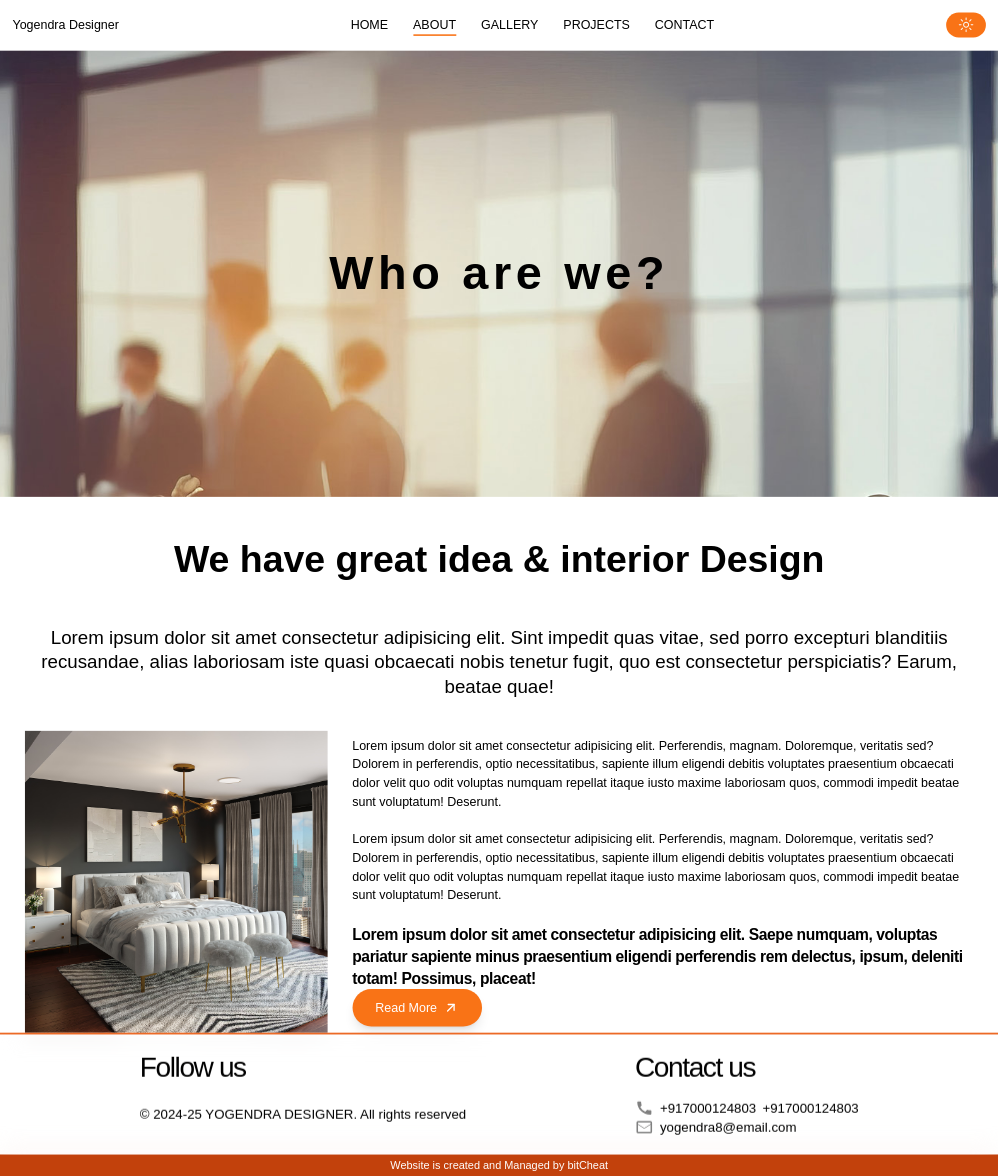
Repository: hitoutvrma/MB_designs-Interior-Designing-website
Page: /about
These files come from the project's save history. The page is drawn as it stood at one moment and after the next save; the edit follows.
The browser window is 1280 px wide. The pictures show the whole page, at 78% of full size.
The project was rebuilt for these pictures with package versions that can differ from the ones it lists, and the page was loaded fresh each time. The framework's server and built-in components were replaced by stand-ins that run in the browser. Also part of the build but not shown: next.config.mjs.

Above is the page before, as saved 2024-09-16 20:50:28.

### app/layout.js
import localFont from "next/font/local";
import { Sen } from "next/font/google";
import "./globals.css";
import Header from "@/components/ui/Header";
import Footer from "@/components/ui/Footer";
import { ThemeProvider } from "@/components/ThemeProvider";

const josef = Sen({
  subsets:["latin"],
  weight:["400","500","600","700"],
  display:"swap"
})

// const geistSans = localFont({
//   src: "./fonts/GeistVF.woff",
//   variable: "--font-geist-sans",
//   weight: "100 900",
// });
// const geistMono = localFont({
//   src: "./fonts/GeistMonoVF.woff",
//   variable: "--font-geist-mono",
//   weight: "100 900",
// });

export const metadata = {
  title: "Create Next App",
  description: "Generated by create next app",
};

export default function RootLayout({ children }) {
  return (
    <html lang="en" suppressHydrationWarning>
      <body
        className={`${josef.variable} ${josef.variable} overflow-x-hidden antialiased`}
      >
        <ThemeProvider attribute='class' defaultTheme='light'>

        <Header/>
        {children}
        <Footer/>
        </ThemeProvider>
      </body>
    </html>
  );
}

### app/about/page.jsx
import { Button } from '@/components/ui/button'
import Image from 'next/image'
import React from 'react'
import { TbArrowUpRight } from "react-icons/tb"

const page = () => {
  return (
    <div>
      <div className="bg-[url('/image/whoweare.jpg')] bg-center bg-cover">
        <h1 className='container py-32 text-6xl font-semibold text-black tracking-widest text-center lg:py-64'>Who are we?</h1>
      </div>
      <div className='container'>
        <div className='pt-4'>
          <h2 className='text-3xl font-semibold text-center lg:p-10 lg:text-5xl'>We have great idea & interior Design</h2>
          <p className='text-2xl text-center font-medium pb-10 mt-5'>Lorem ipsum dolor sit amet consectetur adipisicing elit. Sint impedit quas vitae, sed porro excepturi blanditiis recusandae, alias laboriosam iste quasi obcaecati nobis tenetur fugit, quo est consectetur perspiciatis? Earum, beatae quae!</p>
        </div>


      <div className='items-center lg:flex gap-x-8'>
        {/*Left side */}
      <div className='w-full'>
        <Image src="/image/gallery1123.jpg" width={700} height={700}/>
      </div>
      {/*Left side */}
      <div>
      <p>
        Lorem ipsum dolor sit amet consectetur adipisicing elit. Perferendis, magnam. Doloremque, veritatis sed? Dolorem in perferendis, optio necessitatibus, sapiente illum eligendi debitis voluptates praesentium obcaecati dolor velit quo odit voluptas numquam repellat itaque iusto maxime laboriosam quos, commodi impedit beatae sunt voluptatum! Deserunt.<br/><br/>
        Lorem ipsum dolor sit amet consectetur adipisicing elit. Perferendis, magnam. Doloremque, veritatis sed? Dolorem in perferendis, optio necessitatibus, sapiente illum eligendi debitis voluptates praesentium obcaecati dolor velit quo odit voluptas numquam repellat itaque iusto maxime laboriosam quos, commodi impedit beatae sunt voluptatum! Deserunt.<br/><br/>
        <span className='text-xl font-extrabold tracking-tight'>
          Lorem ipsum dolor sit amet consectetur adipisicing elit. Saepe numquam, voluptas pariatur sapiente minus praesentium eligendi perferendis rem delectus, ipsum, deleniti totam! Possimus, placeat!
        </span>
      </p>
      <div className='sm:w-[13vw] w-[36vw]'>

      <Button className="flex w-full items-center px-15 py-6 text-white rounded-full shadow-lg hover:bg-gray-800 hover:ring-2 hover:ring-gray-950 ring-offset-2">Read More<TbArrowUpRight className="w-5 h-5 ml-2"/></Button>

      </div>
      </div>
      </div>
      </div>
    </div>
  )
}

export default page

### app/globals.css
@tailwind base;
@tailwind components;
@tailwind utilities;


body {
  color: var(--foreground);
  background: var(--background);
  font-family: Arial, Helvetica, sans-serif;
}

@layer utilities {
  .text-balance {
    text-wrap: balance;
  }
}


@layer base {
  :root {
    --background: 0 0% 100%;
    --foreground: 20 14.3% 4.1%;
    --card: 0 0% 100%;
    --card-foreground: 20 14.3% 4.1%;
    --popover: 0 0% 100%;
    --popover-foreground: 20 14.3% 4.1%;
    --primary: 24.6 95% 53.1%;
    --primary-foreground: 60 9.1% 97.8%;
    --secondary: 60 4.8% 95.9%;
    --secondary-foreground: 24 9.8% 10%;
    --muted: 60 4.8% 95.9%;
    --muted-foreground: 25 5.3% 44.7%;
    --accent: 60 4.8% 95.9%;
    --accent-foreground: 24 9.8% 10%;
    --destructive: 0 84.2% 60.2%;
    --destructive-foreground: 60 9.1% 97.8%;
    --border: 20 5.9% 90%;
    --input: 20 5.9% 90%;
    --ring: 24.6 95% 53.1%;
    --radius: 0.5rem;
    --chart-1: 12 76% 61%;
    --chart-2: 173 58% 39%;
    --chart-3: 197 37% 24%;
    --chart-4: 43 74% 66%;
    --chart-5: 27 87% 67%;
  }

  .dark {
    --background: 20 14.3% 4.1%;
    --foreground: 60 9.1% 97.8%;
    --card: 20 14.3% 4.1%;
    --card-foreground: 60 9.1% 97.8%;
    --popover: 20 14.3% 4.1%;
    --popover-foreground: 60 9.1% 97.8%;
    --primary: 20.5 90.2% 48.2%;
    --primary-foreground: 60 9.1% 97.8%;
    --secondary: 12 6.5% 15.1%;
    --secondary-foreground: 60 9.1% 97.8%;
    --muted: 12 6.5% 15.1%;
    --muted-foreground: 24 5.4% 63.9%;
    --accent: 12 6.5% 15.1%;
    --accent-foreground: 60 9.1% 97.8%;
    --destructive: 0 72.2% 50.6%;
    --destructive-foreground: 60 9.1% 97.8%;
    --border: 12 6.5% 15.1%;
    --input: 12 6.5% 15.1%;
    --ring: 20.5 90.2% 48.2%;
    --chart-1: 220 70% 50%;
    --chart-2: 160 60% 45%;
    --chart-3: 30 80% 55%;
    --chart-4: 280 65% 60%;
    --chart-5: 340 75% 55%;
  }
}



@layer base {
  * {
    @apply border-border;
  }
  body {
    @apply bg-background text-foreground;
  }
}

.h1{
  @apply text-6xl xl:text-[72px] xl:leading-[80px] tracking-[-2px] font-bold mb-5 mt-4;
}

### components/ui/Header.jsx
'use client';
import React from 'react'
 import ThemeToggler from '../ThemeToggler'
import MobileNavigation from './MobileNavigation';
import Nav from './Nav';
const Header = () => {
  return (
    <div className='flex justify-between p-4 items-center '>
      <div>Yogendra Designer</div>
      <Nav containerStyles='hidden xl:flex gap-8 items-center' linkStyles='relative hover:text-primary transition-all' underlineStyles ='absolute left-0 top-full h-[2px] bg-primary w-full'
      />
      <div className='flex gap-2 items-center'>

      <ThemeToggler/>
      <div className='xl:hidden'>

      <MobileNavigation/>
      </div>
      </div>
    </div>
  )
}

export default Header

### components/ui/Footer.jsx
import React from 'react'

const Footer = () => {
  return (
    <div className='w-screen'>

    <div class="sm:flex justify-between  border-t-2 border-t-orange-600  backdrop-blur-lg sm:px-[14vw] px-4 py-[3vh] text-[17px] ">
  <div className='mb-8 sm:mb-0'>
    <head>
    <link rel="stylesheet" href="https://cdnjs.cloudflare.com/ajax/libs/font-awesome/6.0.0-beta3/css/all.min.css"/>

    </head>
    <h1 class="pb-5 text-4xl tracking-tighter">Follow us</h1>
    <div className='flex gap-x-6 pb-2 text-4xl'>
    <a href="https://instagram/hitoutvrma" className="text-gray-600 hover:text-pink-500 transition-transform duration-300 transform hover:scale-110"><i class="fa-brands fa-instagram" ></i></a>
      <a href="https://www.linkedin.com/in/hitesh-verma-3695b0254/" className="text-gray-600 hover:text-blue-700 transition-transform duration-300 transform hover:scale-110"><i class="fa-brands fa-linkedin"></i></a>
      <a href="https://x.com/hitesh_404" className="text-gray-600 hover:text-blue-700 transition-transform duration-300 transform hover:scale-110"><i class="fa-brands fa-facebook"></i></a>
    </div>
    <div className='sm:block hidden'>&copy; 2024-25 YOGENDRA DESIGNER. All rights reserved</div>
  </div>
  <div>
    <h1 class="pb-5 text-4xl tracking-tighter">Contact us</h1>
    <div class="flex gap-x-2">
      <svg class="text" xmlns="http://www.w3.org/2000/svg" viewBox="0 0 24 24" width="24" height="24" fill="gray">
        <path d="M6.62 10.79a15.533 15.533 0 006.59 6.59l2.2-2.2a1 1 0 011.09-.27c1.12.37 2.33.57 3.6.57a1 1 0 011 1V20a1 1 0 01-1 1C10.29 21 3 13.71 3 5a1 1 0 011-1h3.01a1 1 0 011 1c0 1.27.2 2.48.57 3.6a1 1 0 01-.27 1.09l-2.2 2.2z" />
      </svg>
      <a href="tel:+917000124803" class="hover:underline">+917000124803</a>
      <a href="tel:+917000124803" class="hover:underline">+917000124803</a>
    </div>
    <div class="flex gap-x-2">
      <svg xmlns="http://www.w3.org/2000/svg" viewBox="0 0 24 24" width="24" height="24" fill="gray">
        <path d="M20 4H4a2 2 0 00-2 2v12a2 2 0 002 2h16a2 2 0 002-2V6a2 2 0 00-2-2zM4 6h16v2l-8 5-8-5V6zm0 12V9l7.39 4.62a1 1 0 001.22 0L20 9v9H4z" />
      </svg>
      <a href="mailto:example@email.com" class="hover:underline">yogendra8@email.com</a>
    </div>
  </div>
    </div>
  <div className='flex items-center justify-center p-1 text-sm bg-orange-700 text-white border-t-orange-600'>Website is created and Managed by bitCheat</div>
</div>

  )
}

export default Footer

### components/ThemeProvider.jsx
'use client';

import { ThemeProvider as NextThemesProvider } from "next-themes";

export function ThemeProvider({ children, ...props }) {
    return <NextThemesProvider {...props}>
        { children }
    </NextThemesProvider>
}

### components/ui/button.jsx
import * as React from "react"
import { Slot } from "@radix-ui/react-slot"
import { cva } from "class-variance-authority";

import { cn } from "@/lib/utils"

const buttonVariants = cva(
  "inline-flex items-center justify-center whitespace-nowrap rounded-full text-base font-medium ring-offset-background transition-colors focus-visible:outline-none focus-visible:ring-2 focus-visible:ring-ring focus-visible:ring-offset-2 disabled:pointer-events-none disabled:opacity-50",
  {
    variants: {
      variant: {
        default: "bg-primary text-primary-foreground hover:bg-primary/90",
        destructive:
          "bg-destructive text-destructive-foreground hover:bg-destructive/90",
        outline:
          "border border-input bg-background hover:bg-accent hover:text-accent-foreground",
        secondary:
          "bg-secondary text-secondary-foreground hover:bg-secondary/80",
        ghost: "hover:bg-accent hover:text-accent-foreground",
        link: "text-primary underline-offset-4 hover:underline",
      },
      size: {
        default: "sm:h-[2.5vw] h-[7vw] px-4 py-2",
        sm: "h-9 rounded-md px-3",
        lg: "h-11 rounded-md px-8",
        icon: "h-10 w-10",
      },
    },
    defaultVariants: {
      variant: "default",
      size: "default",
    },
  }
)

const Button = React.forwardRef(({ className, variant, size, asChild = false, ...props }, ref) => {
  const Comp = asChild ? Slot : "button"
  return (
    (<Comp
      className={cn(buttonVariants({ variant, size, className }))}
      ref={ref}
      {...props} />)
  );
})
Button.displayName = "Button"

export { Button, buttonVariants }

### components/ThemeToggler.jsx
import { Button } from "./ui/button";
import { useTheme } from "next-themes";
import { SunIcon, MoonIcon } from "@radix-ui/react-icons";

const ThemeToggler = () => {
    const { theme, setTheme } = useTheme();

  return (
    <div>
      <Button  onClick={()=>setTheme(theme==='dark'?'light':'dark')}>
        <SunIcon className="h-[1.2rem] w-[1.2rem] scale-100 rotate-0 transition-all dark:rotate-90 dark:scale-0"/>
        <MoonIcon className="w-[1rem] absolute scale-0 rotate-90 transition-all dark:rotate-0 dark:scale-100"/>
      </Button>
    </div>
  )
}

export default ThemeToggler

### components/ui/MobileNavigation.jsx
import React from 'react'

import {Sheet, SheetContent, SheetTrigger} from '@/components/ui/sheet';
import Nav from './Nav';
import { AlignJustify } from 'lucide-react';

const MobileNavigation = () => {
  return (
    <Sheet>
        <SheetTrigger asChild>
            <AlignJustify className='cursor-pointer'/>
        </SheetTrigger>
        <SheetContent>
            <div className='p-3 flex flex-col items-center'>
                <div>
                    <div>Yogendra designer</div>
                    <Nav containerStyles='flex flex-col items-center gap-y-2' linkStyles='text-1xl '/>
                </div>
            </div>
        </SheetContent>
    </Sheet>
  )
}

export default MobileNavigation

### components/ui/Nav.jsx
//Hooks

import { usePathname } from "next/navigation";
import { motion } from "framer-motion";
import Link from "next/link";

const links = [
    {
        path:'/',name:'home'
    },
    {
        path:'/about',name:'about'
    },
    {
        path:'/gallery',name:'gallery'
    },
    {
        path:'/projects',name:'projects'
    },
    {
        path:'/contact',name:'contact'
    },
]
const Nav = ({ containerStyles, linkStyles, underlineStyles } ) => {

    const path = usePathname();
  return (
    <div className={`${containerStyles}`} >
        {
            links.map((link,index) =>{
                return(
                    <Link href={link.path}
                    key={index} className={`uppercase ${linkStyles}`}>
                        {link.path===path && (
                            <motion.span
                            initial={{y:'-100%'}}
                            animate={{y:0}}
                            transition={{ type:'tween'}}
                            layoutId="underline"
                            className={`${underlineStyles}`}
                            />
                        )}
                        {link.name}

                    </Link>
                )
            })
        }
      </div>
  )
}

export default Nav

### components/ui/sheet.jsx
"use client";
import * as React from "react"
import * as SheetPrimitive from "@radix-ui/react-dialog"
import { cva } from "class-variance-authority";
import { X } from "lucide-react"

import { cn } from "@/lib/utils"

const Sheet = SheetPrimitive.Root

const SheetTrigger = SheetPrimitive.Trigger

const SheetClose = SheetPrimitive.Close

const SheetPortal = SheetPrimitive.Portal

const SheetOverlay = React.forwardRef(({ className, ...props }, ref) => (
  <SheetPrimitive.Overlay
    className={cn(
      "fixed inset-0 z-50 bg-black/80  data-[state=open]:animate-in data-[state=closed]:animate-out data-[state=closed]:fade-out-0 data-[state=open]:fade-in-0",
      className
    )}
    {...props}
    ref={ref} />
))
SheetOverlay.displayName = SheetPrimitive.Overlay.displayName

const sheetVariants = cva(
  "fixed z-50 gap-4 bg-background p-6 shadow-lg transition ease-in-out data-[state=open]:animate-in data-[state=closed]:animate-out data-[state=closed]:duration-300 data-[state=open]:duration-500",
  {
    variants: {
      side: {
        top: "inset-x-0 top-0 border-b data-[state=closed]:slide-out-to-top data-[state=open]:slide-in-from-top",
        bottom:
          "inset-x-0 bottom-0 border-t data-[state=closed]:slide-out-to-bottom data-[state=open]:slide-in-from-bottom",
        left: "inset-y-0 left-0 h-full w-3/4 border-r data-[state=closed]:slide-out-to-left data-[state=open]:slide-in-from-left sm:max-w-sm",
        right:
          "inset-y-0 right-0 h-full w-3/4  border-l data-[state=closed]:slide-out-to-right data-[state=open]:slide-in-from-right sm:max-w-sm",
      },
    },
    defaultVariants: {
      side: "right",
    },
  }
)

const SheetContent = React.forwardRef(({ side = "right", className, children, ...props }, ref) => (
  <SheetPortal>
    <SheetOverlay />
    <SheetPrimitive.Content ref={ref} className={cn(sheetVariants({ side }), className)} {...props}>
      {children}
      <SheetPrimitive.Close
        className="absolute right-4 top-4 rounded-sm opacity-70 ring-offset-background transition-opacity hover:opacity-100 focus:outline-none focus:ring-2 focus:ring-ring focus:ring-offset-2 disabled:pointer-events-none data-[state=open]:bg-secondary">
        <X className="h-4 w-4" />
        <span className="sr-only">Close</span>
      </SheetPrimitive.Close>
    </SheetPrimitive.Content>
  </SheetPortal>
))
SheetContent.displayName = SheetPrimitive.Content.displayName

const SheetHeader = ({
  className,
  ...props
}) => (
  <div
    className={cn("flex flex-col space-y-2 text-center sm:text-left", className)}
    {...props} />
)
SheetHeader.displayName = "SheetHeader"

const SheetFooter = ({
  className,
  ...props
}) => (
  <div
    className={cn("flex flex-col-reverse sm:flex-row sm:justify-end sm:space-x-2", className)}
    {...props} />
)
SheetFooter.displayName = "SheetFooter"

const SheetTitle = React.forwardRef(({ className, ...props }, ref) => (
  <SheetPrimitive.Title
    ref={ref}
    className={cn("text-lg font-semibold text-foreground", className)}
    {...props} />
))
SheetTitle.displayName = SheetPrimitive.Title.displayName

const SheetDescription = React.forwardRef(({ className, ...props }, ref) => (
  <SheetPrimitive.Description
    ref={ref}
    className={cn("text-sm text-muted-foreground", className)}
    {...props} />
))
SheetDescription.displayName = SheetPrimitive.Description.displayName

export {
  Sheet,
  SheetPortal,
  SheetOverlay,
  SheetTrigger,
  SheetClose,
  SheetContent,
  SheetHeader,
  SheetFooter,
  SheetTitle,
  SheetDescription,
}

### tailwind.config.js
/** @type {import('tailwindcss').Config} */
module.exports = {
	darkMode: ["class"], // Dark mode setting
	content: [
	  "./pages/**/*.{js,ts,jsx,tsx,mdx}",
	  "./components/**/*.{js,ts,jsx,tsx,mdx}",
	  "./app/**/*.{js,ts,jsx,tsx,mdx}",
	],
	theme: {
	  // Container customization
	  container: {
		center: true, // Centers the container horizontally
		padding: '2rem', // Adds 1rem of padding (16px) on all sides
		screens: {
		  sm: '100%',  // Container takes 100% width on small screens
		  md: '100%',  // Container takes 100% width on medium screens
		  lg: '1024px', // Container is 1024px wide on large screens
		  xl: '1280px', // Container is 1280px wide on extra-large screens
		  '2xl': '1536px', // Container is 1536px wide on 2XL screens
		},
	  },
	  extend: {
		// Extending color palette
		colors: {
		  background: 'hsl(var(--background))',
		  foreground: 'hsl(var(--foreground))',
		  card: {
			DEFAULT: 'hsl(var(--card))',
			foreground: 'hsl(var(--card-foreground))',
		  },
		  popover: {
			DEFAULT: 'hsl(var(--popover))',
			foreground: 'hsl(var(--popover-foreground))',
		  },
		  primary: {
			DEFAULT: 'hsl(var(--primary))',
			foreground: 'hsl(var(--primary-foreground))',
		  },
		  secondary: {
			DEFAULT: 'hsl(var(--secondary))',
			foreground: 'hsl(var(--secondary-foreground))',
		  },
		  muted: {
			DEFAULT: 'hsl(var(--muted))',
			foreground: 'hsl(var(--muted-foreground))',
		  },
		  accent: {
			DEFAULT: 'hsl(var(--accent))',
			foreground: 'hsl(var(--accent-foreground))',
		  },
		  destructive: {
			DEFAULT: 'hsl(var(--destructive))',
			foreground: 'hsl(var(--destructive-foreground))',
		  },
		  border: 'hsl(var(--border))',
		  input: 'hsl(var(--input))',
		  ring: 'hsl(var(--ring))',
		  chart: {
			'1': 'hsl(var(--chart-1))',
			'2': 'hsl(var(--chart-2))',
			'3': 'hsl(var(--chart-3))',
			'4': 'hsl(var(--chart-4))',
			'5': 'hsl(var(--chart-5))',
		  },
		},
		// Extending border radius
		borderRadius: {
		  lg: 'var(--radius)',
		  md: 'calc(var(--radius) - 2px)',
		  sm: 'calc(var(--radius) - 4px)',
		},
	  },
	},
	plugins: [require("tailwindcss-animate")],
  };

Loaded but not shown: lib/utils.js (common file)

After the next save:
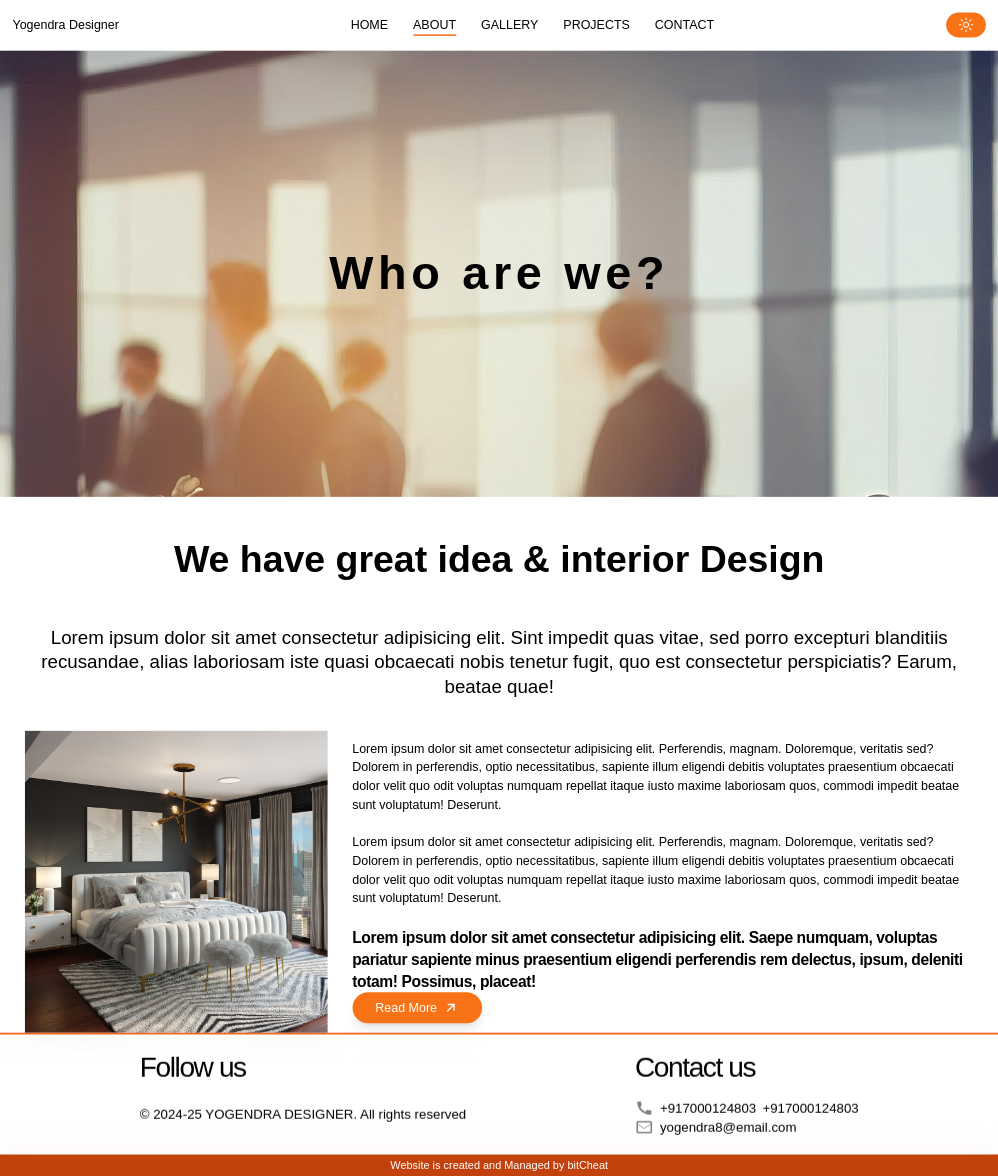
Saved 4 s later.
--- a/app/about/page.jsx
+++ b/app/about/page.jsx
@@ -32,7 +32,7 @@ const page = () => {
       </p>
       <div className='sm:w-[13vw] w-[36vw]'>
 
-      <Button className="flex w-full items-center px-15 py-6 text-white rounded-full shadow-lg hover:bg-gray-800 hover:ring-2 hover:ring-gray-950 ring-offset-2">Read More<TbArrowUpRight className="w-5 h-5 ml-2"/></Button>
+      <Button className="flex w-full items-center px-15 py-5 text-white rounded-full shadow-lg hover:bg-gray-800 hover:ring-2 hover:ring-gray-950 ring-offset-2">Read More<TbArrowUpRight className="w-5 h-5 ml-2"/></Button>
 
       </div>
       </div>
